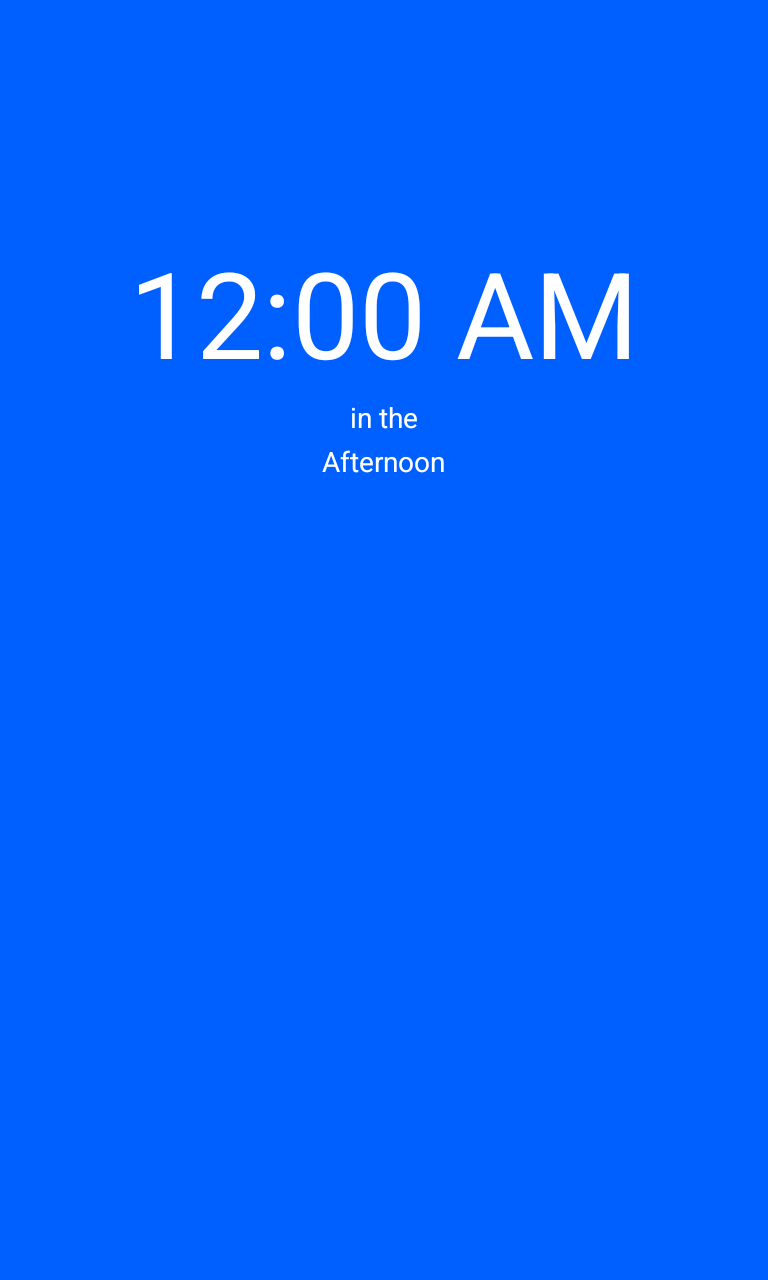
Repository: DinkyDetailsLLC/ADP2
Layout: WakeTimerforKids/res/layout/activity_main.xml
These files come from the project's save history. The layout is drawn as it stood at one moment and after the next save; the edit follows.
It is drawn on a 768 x 1280 px phone screen (xhdpi) without system bars, with theme AppTheme; the app's code is not run.

Above is the layout before, as saved 2014-02-12 05:44:10.

### WakeTimerforKids/res/layout/activity_main.xml
<RelativeLayout xmlns:android="http://schemas.android.com/apk/res/android"
    xmlns:tools="http://schemas.android.com/tools"
    android:layout_width="match_parent"
    android:layout_height="match_parent"
    android:background="@color/blue"
    android:paddingBottom="@dimen/activity_vertical_margin"
    android:paddingLeft="@dimen/activity_horizontal_margin"
    android:paddingRight="@dimen/activity_horizontal_margin"
    android:paddingTop="@dimen/activity_vertical_margin"
    tools:context=".MainActivity" >

        <TextClock
        android:id="@+id/textclock1"
        android:layout_width="wrap_content"
        android:layout_height="wrap_content"
        android:layout_centerHorizontal="true"
        android:layout_marginTop="100dp"
        android:textColor="@color/white"
        android:textSize="60sp"
        android:text="@string/clock" />

        <TextView
        android:id="@+id/smallClockText"
        android:layout_width="wrap_content"
        android:layout_height="wrap_content"
        android:layout_below="@id/textclock1"
        android:layout_centerInParent="true"
        android:layout_marginTop="3dp"
        android:textColor="@color/white"
        android:text="@string/smallClockText"
        />
        <TextView
        android:id="@+id/largeClockText"
        android:layout_width="wrap_content"
        android:layout_height="wrap_content"
        android:layout_below="@id/smallClockText"
        android:layout_centerInParent="true"
        android:layout_marginTop="3dp"
         android:textColor="@color/white"
        android:text="@string/largeClockText"
        />


</RelativeLayout>

### WakeTimerforKids/res/values/color.xml
<?xml version="1.0" encoding="utf-8"?>
<resources>
   <color name="white">#ffffff</color>
   <color name="black">#000000</color>
   <color name="blue">#0060ff</color>

</resources>

### WakeTimerforKids/res/values/strings.xml
<?xml version="1.0" encoding="utf-8"?>
<resources>

    <string name="app_name">WakeTimerforKids</string>
    <string name="action_settings">Settings</string>
    <string name="hello_world">Hello world!</string>
 	<string name="clock">Clock</string>
 	<string name="smallClockText">in the</string>
 	<string name="largeClockText">Afternoon</string>

</resources>

Loaded but not shown: WakeTimerforKids/res/values/styles.xml (common file); WakeTimerforKids/res/values-v11/styles.xml (common file); WakeTimerforKids/res/values-v14/styles.xml (common file); WakeTimerforKids/res/values/dimens.xml (common file)

After the next save:
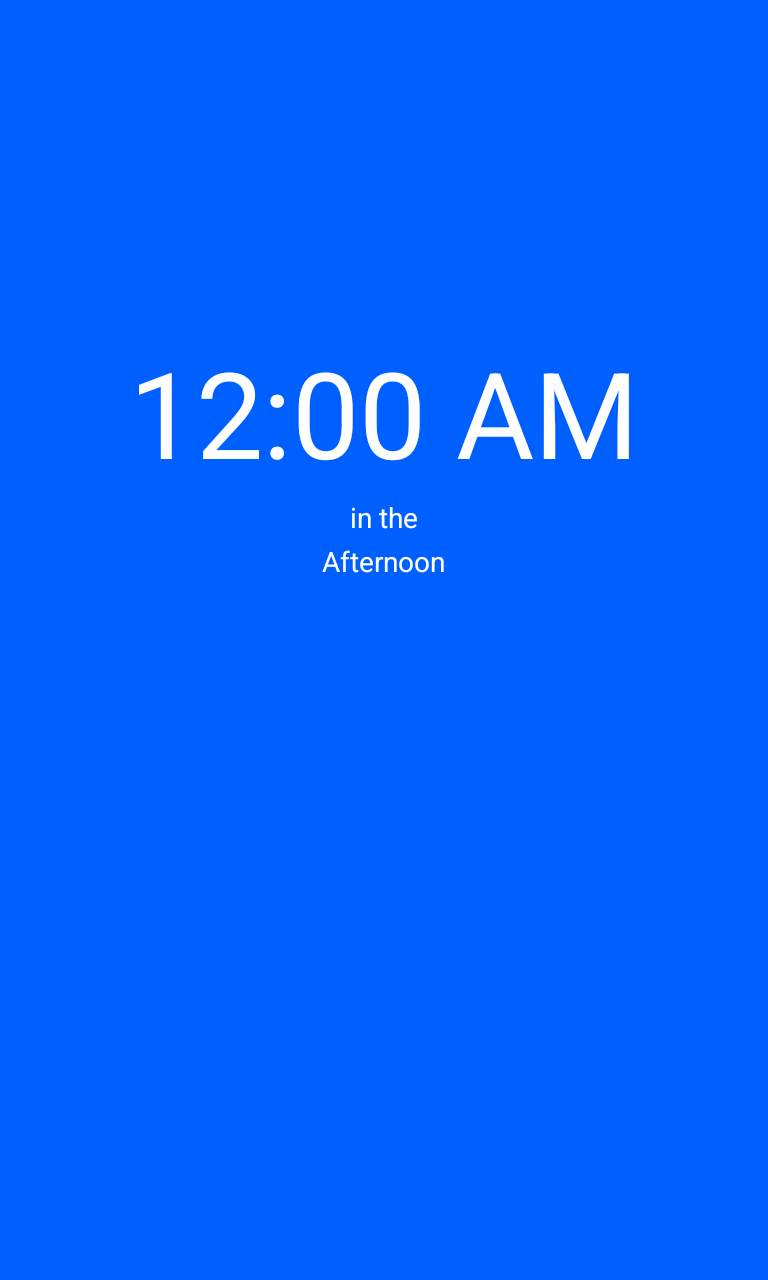
Saved 14 s later.
--- a/WakeTimerforKids/res/layout/activity_main.xml
+++ b/WakeTimerforKids/res/layout/activity_main.xml
@@ -14,7 +14,7 @@
         android:layout_width="wrap_content"
         android:layout_height="wrap_content"
         android:layout_centerHorizontal="true"
-        android:layout_marginTop="100dp"
+        android:layout_marginTop="150dp"
         android:textColor="@color/white"
         android:textSize="60sp"
         android:text="@string/clock" />
